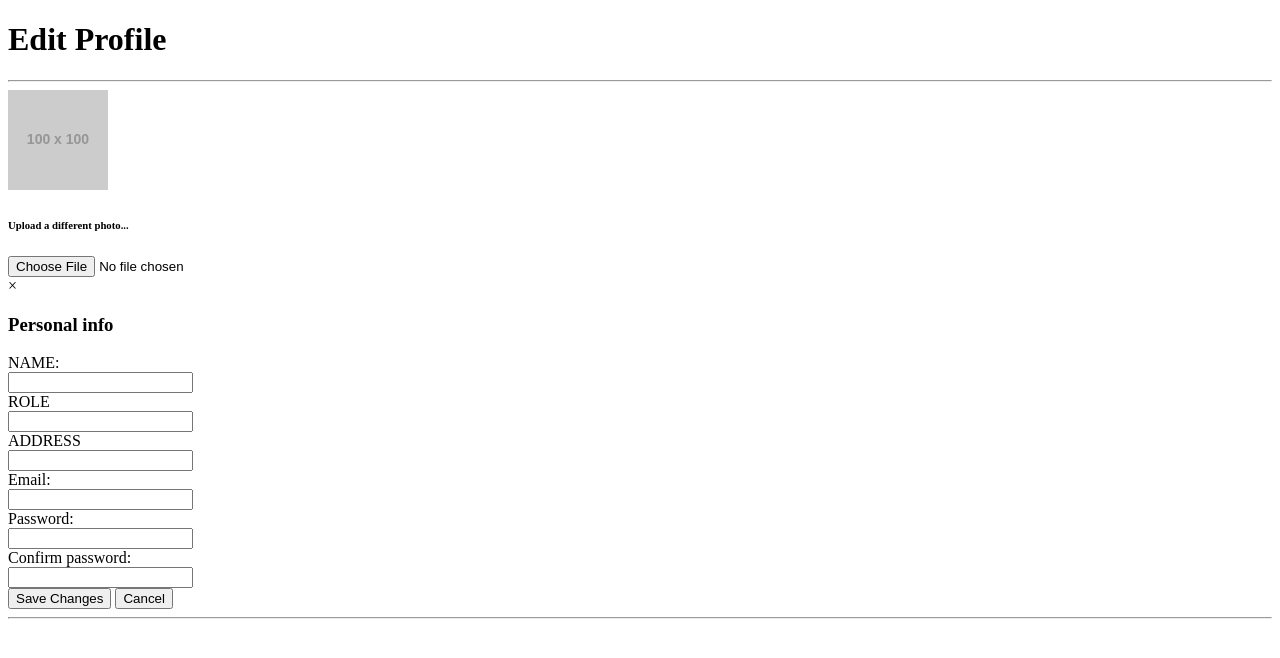
Repository: sharad2795/collobrationproject
Page: collobrationFE/WebContent/htmlpages/updateuser.html
An editor plug-in stored every save of this project. The page is shown before and after the next save, followed by the edit.
The browser window is 1280 px wide. The pictures show the whole page.

Above is the page before, as saved 2017-05-22 09:26:39.

After the next save:
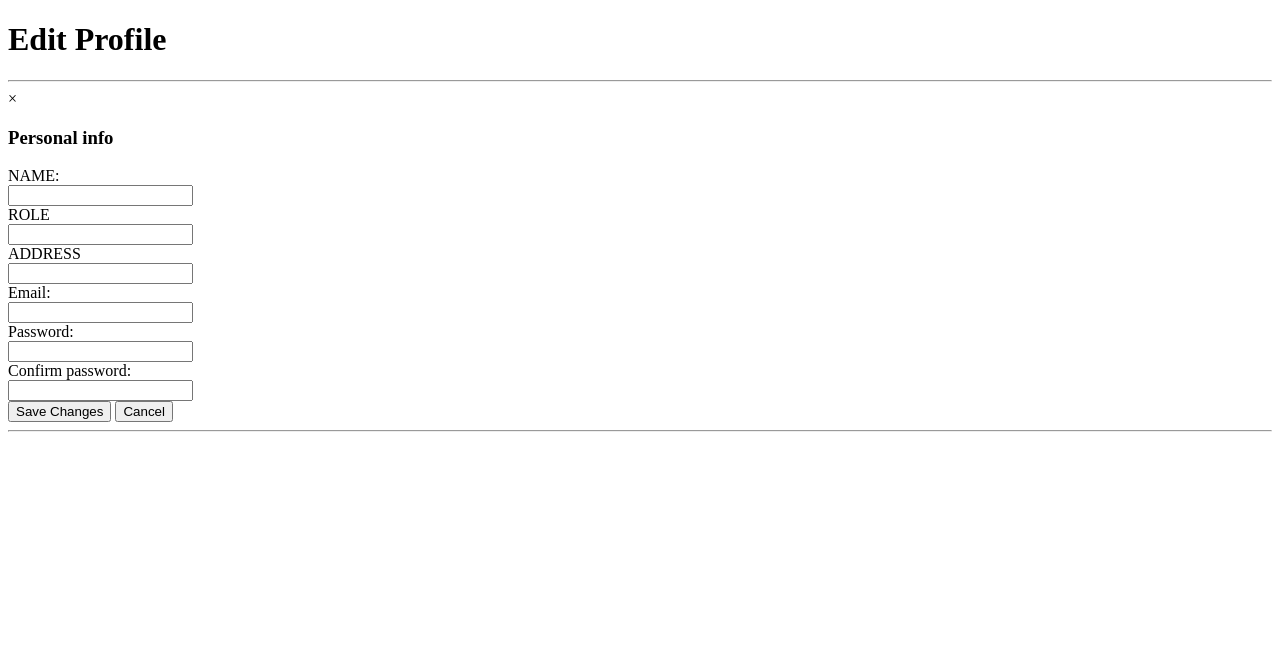
Saved 13 s later.
--- a/collobrationFE/WebContent/htmlpages/updateuser.html
+++ b/collobrationFE/WebContent/htmlpages/updateuser.html
@@ -9,16 +9,6 @@
 <div class="container">
     <h1>Edit Profile</h1>
   	<hr>
-	<div class="row">
-      <!-- left column -->
-      <div class="col-md-3">
-        <div class="text-center">
-          <img src="//placehold.it/100" class="avatar img-circle" alt="avatar">
-          <h6>Upload a different photo...</h6>
-
-          <input type="file" class="form-control">
-        </div>
-      </div>
 
       <!-- edit form column -->
       <div class="col-md-9 personal-info">
